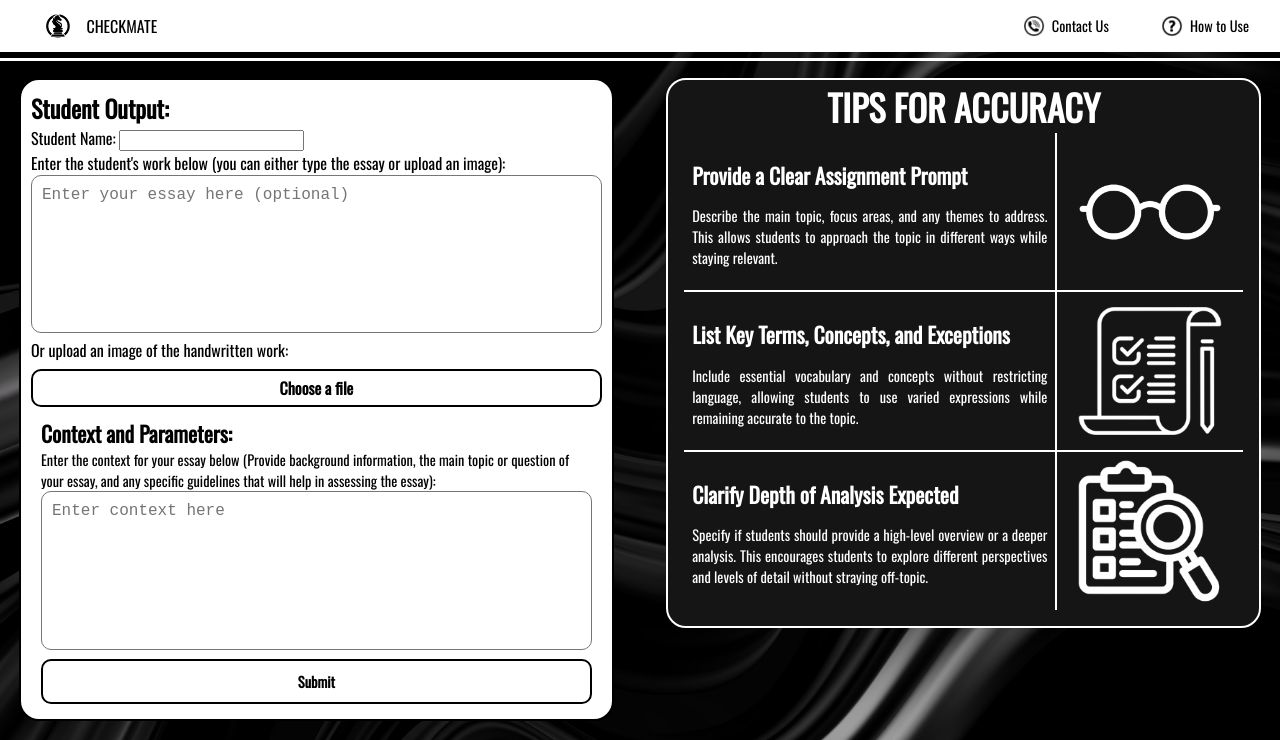
Repository: iiTzXyZ11/CheckMateAI
Page: http://localhost/scan
An editor plug-in stored every save of this project. The page is shown before and after a run of saves, followed by the edit.
The browser window is 1280 px wide. The pictures show the whole page.
The page is served by the project's application, run on Flask 3 (app.py).

Above is the page before, as saved 2025-01-30 22:56:32.

### templates/index.html
<!DOCTYPE html>
<html lang="en">
    <head>
        <meta charset="UTF-8" >
        <meta name="viewport" content="width=device-width, initial-scale=1.0">
        <title>CheckMate AI</title>
        <link rel="stylesheet" href="{{ url_for('static', filename='css/style.css') }}">
        <link rel="stylesheet" href="{{ url_for('static', filename='css/mobile_test_style.css') }}">
        <link rel="stylesheet" href="{{ url_for('static', filename='css/test_style.css') }}">
        <link rel="icon" type="image/x-icon" href="{{ url_for('static', filename='favicon.ico') }}">
        <link href='https://fonts.googleapis.com/css?family=Oswald' rel='stylesheet'>
        <link rel="apple-touch-icon" sizes="180x180" href="{{ url_for('static', filename='favicons/apple-touch-icon.png', _external=True) }}">
        <link rel="icon" type="image/png" sizes="32x32" href="{{ url_for('static', filename='favicons/favicon-32x32.png', _external=True) }}">
        <link rel="icon" type="image/png" sizes="16x16" href="{{ url_for('static', filename='favicons/favicon-16x16.png', _external=True) }}">
        <link rel="manifest" href="{{ url_for('static', filename='favicons/site.webmanifest', _external=True) }}">
    </head>
    <body>
        <header class="header">
            <div class="header-text">
                <img src="{{ url_for('static', filename='css/images/logo_black.jpg') }}" alt="CheckMate Logo">
                <p>CHECKMATE</p>
            </div>

            <div class="header-buttons">
                <a href="{{ url_for('contact') }}" class="header-link">
                    <img src="{{ url_for('static', filename='css/images/contact.png') }}" class="contact-icon" alt="Contact Icon">
                    Contact Us
                </a>
                <a href="https://www.youtube.com/watch?v=Ia6pL32Ip8I&ab_channel=CheckMateAI"
                target="_blank"
                rel="noopener noreferrer"
                class="header-link">
                    <img src="{{ url_for('static', filename='css/images/question_mark.png') }}" class="qm-icon" alt="Help Icon">
                    How to Use
                </a>
            </div>
        </header>
        <div class="top-bar"></div>

        <div class="content-wrapper">

            <div class="container">
                <div class="box">
                    <h2>Student Output:</h2>
                    <form action="{{ url_for('index') }}" method="POST" enctype="multipart/form-data">
                        <label for="student_name">Student Name:</label>
                        <input type="text" id="student_name" name="student_name" required>

                        <p>Enter the student's work below (you can either type the essay or upload an image):</p>
                        <textarea name="essay" placeholder="Enter your essay here (optional)"></textarea>
                        <p>Or upload an image of the handwritten work:</p>
                        <label class="custom-file-upload">
                            Choose a file
                            <input type="file" name="image" accept="image/*" style="display: none;" onchange="updateFileName()" />
                        </label>
                        <div id="file-name" style="margin-top: 10px; color: black;"></div> <!-- Display the file name here -->

                        <div class="box1">
                            <h2 style="color: black">Context and Parameters:</h2>
                            <p>Enter the context for your essay below (Provide background information, the main topic or question of your essay, and any specific guidelines that will help in assessing the essay):</p>
                            <textarea name="context" placeholder="Enter context here" required>{{ context }}</textarea>
                            <button type="submit">Submit</button>
                        </div>
                    </form>
                </div>
            </div>

            <div class="tips-wrapper">
                <div class="tips-container">
                    <h1>TIPS FOR ACCURACY</h1>
                        <div class="tips-grid">
                            <div class="tip1">
                                <h2>Provide a Clear Assignment Prompt</h2>
                                <p>Describe the main topic, focus areas, and any themes to address. This allows students to approach the topic in different ways while staying relevant.</p>
                            </div>

                            <div class="tip2">
                                <img class="glasses" src="static/css/images/tips/Glasses.png" alt="Glasses Icon" loading="lazy">
                            </div>

                            <div class="tip3">
                                <h2>List Key Terms, Concepts, and Exceptions</h2>
                                <p>Include essential vocabulary and concepts without restricting language, allowing students to use varied expressions while remaining accurate to the topic.</p>
                            </div>

                            <div class="tip4">
                                <img class="list" src="static/css/images/tips/List.png" alt="List Icon" loading="lazy">
                            </div>

                            <div class="tip5">
                                <h2>Clarify Depth of Analysis Expected</h2>
                                <p>Specify if students should provide a high-level overview or a deeper analysis. This encourages students to explore different perspectives and levels of detail without straying off-topic.</p>
                            </div>

                            <div class="tip6">
                                <img class="board" src="static/css/images/tips/Board.png" alt="Board Image" loading="lazy">
                            </div>
                        </div>
                    </div>
                </div>
            </div>
        </div>

        <script>
            // Function to display the file name
            function updateFileName() {
                const fileInput = document.querySelector('input[type="file"]');
                const fileNameDisplay = document.getElementById('file-name');
                if (fileInput.files.length > 0) {
                    fileNameDisplay.textContent = "Selected file: " + fileInput.files[0].name;
                }
            }
        </script>
    </body>
</html>

### static/css/style.css
@import url('https://fonts.googleapis.com/css?family=Oswald');

@font-face {
  font-family: 'Agrandir Wide';
  src: url('..fonts/Agrandir-WideBlackItalic.woff2') format('woff2'),
      url('../fonts/Agrandir-WideBlackItalic.woff') format('woff');
  font-weight: 900;
  font-style: italic;
  font-display: swap;
}

@font-face {
  font-family: 'Agrandir';
  src: url('../fonts/Agrandir-Regular.woff') format('woff'),
      url('../fonts/Agrandir-Regular.woff2') format('woff2');
  font-weight: normal;
  font-style: normal;
  font-display: swap;
}

body {
  gap: 0rem;
  grid-template-rows: repeat(auto-fill, minmax(100px, 1fr));
  margin: 0;
  font-family: 'Oswald';
  background-image: url('background.jpg');
  background-size: cover;

  overflow-x: hidden;
}

.top-bar{
  position: absolute;
  background-color: white;
  top:clamp(4.1rem, 25vw, 4.7rem);
  height: 0.5vh;
  width: 100%;
  margin:0;
}

.header {
  display: grid;
  grid-template-columns: 1fr 1fr;
  align-items: center; /* Allow items to align themselves */
  background-color: white;
  z-index: 1000;
  padding: 8px;
  height:fit-content;
}

.header-text {
  display: flex; /* Make it a flex container */
  align-items: center; /* Center content vertically */
  background: transparent;
  font-size: clamp(0.4rem,3vh,1rem);
}

.header-text p {
  margin: 0
}

.header-text img {
  display: block; /* Ensures the image respects width settings */
  width: clamp(1.5rem,3vh, 2rem); /* Optional: Prevents the image from exceeding a specific size */
  height: auto; /* Maintains the aspect ratio */
  margin-left: 3vw; /* Space from the left */
  margin-right: 1rem; /* Space between image and text */
  margin-top: 0rem;
  margin-bottom: 0rem;
}
.header-buttons {
  background: transparent;
  gap: 3vw;
  display: flex; /* Flex container for its own children */
  align-items: center; /* Center its own children vertically */
  font-size: clamp(0.4rem,3vh,0.9rem);
  margin-left: auto;
  margin-right: 1rem;

}

.header-buttons a {
  transition: border-color 0.3s;
  font-family: 'Oswald';
  color: black;
  text-decoration: none; /* Remove underline from links */
  padding: 0.8vh 1.5vh; /* Add padding */
  border: 2px solid transparent; /* Optional border for button */
  display: flex; /* Align icon and text */
  align-items: center; /* Center vertically */
  padding: 5px;
}

.header-buttons a:hover {
  border-color: black; /* Hover background */
}

.main{
  margin-top: 0.5rem;
  display: grid;
  grid-template-rows: 2fr 1fr;
  width: 100%;
  height: 100vh;
  color:#ffffff;
  align-items: center;
}

.top {
  margin:0;
  display: grid;
  grid-template-rows: 0.3fr 0.3fr;
  padding: 0vh 2vw;
  background: transparent;
}

.head img {
  display:flex;
  width:clamp(10rem, 40vw, 50rem); /* Set desired width */
  height: auto; /* Maintain aspect ratio */
  margin: 0 auto; /* Center horizontally within its parent */
  background-color: transparent;
}

.head {
  display: flex;
  flex-direction: column;
  width: 100%;
  background: transparent;
}

.title {
  display: flex; /* Use flexbox for alignment */
  justify-content: center; /* Center horizontally */
  align-items: center; /* Center vertically */
  text-align: center; /* Ensure the text itself is aligned */
  background: transparent;
  background-image: url('images/ribbon.png');
  background-position: center;
  background-repeat: no-repeat;
  background-size: clamp(9rem, 28vw, 24rem);
  height: clamp(7.5vh, 13vw, 100vh); /* Ensure sufficient height */
}

.head h2{
  margin:0;
  background: transparent;
  text-align: center;
}

.title h1 {
  margin-bottom: clamp(1rem,4vw, 100rem); /* Remove default margins */
  color: black;
  transform: rotate(355deg); /* Keep the rotation */
  font-size: clamp(1rem, 5vw, 25px); /* Ensure font scales appropriately */
}

.head h2{
  font-size: large;
  margin-bottom: 0.5rem;
}

.top a{
  margin-top: 1rem;
  display: block;
  align-self: center;
  justify-self: center;
  border: 4px solid white;
  background-color: transparent;
  color: white;
  text-decoration: none;
  font-size: 1rem;
  padding: .3vw 1vw;
  transition: color 0.3s, text-decoration 0.3s, border-color 0.3s;
  width: fit-content;
}

.top a:hover {
  font-weight: bold;
  color: black;
  text-decoration: underline 1px black;
  text-underline-offset: 6px;
  background-color: white;
  border-color: white;
  text-decoration-thickness: 2px;
  transition: color 0.3s, text-decoration 0.3s, background-color 0.3s, border-color 0.3s;
}

.top .desc {
  margin:0;
  background: transparent;
  display: block;
  width: 100%;
  text-align: center;
  font-size: clamp(10px, 3vw, 20px);
}

.bottom {
  display: flex; /* Enable flexbox on the parent container */
  flex-direction: column; /* Ensure the flex direction is vertical */
  justify-content: flex-end; /* Align items at the bottom */
  background: transparent;
  width: 100%;
  height: 100%;
}

.chessboard {
  width: 100%; /* Full viewport width */
  height: 100%; /* Scale proportionally */
}

.disclaimer {
  position: absolute; /* Allows the disclaimer to be positioned over the chessboard */
  bottom: 0; /* Aligns the disclaimer at the bottom of the parent container */
  color: white;
  background: black;
  border: 4px solid white;
  border-radius: 1rem;
  font-family: 'Oswald';
  font-size: clamp(0.5rem,2vw,0.8rem);
  align-self: center;
  text-align: center;
  padding: 5px;
  width: auto;
}

.header-bar {
  background-color: transparent;
  color: #fff;
  padding: 10px;
  text-align: center;
}


.button-container {
  text-align: center;
  margin-top: 30px;
}

.form-container,
.criteria-container {
  flex: 1;
  display: flex;
  flex-direction: column;
}

.criteria-container {
  margin-right: 20px;
}

.criteria-container table {
  width: 100%;
  border-collapse: collapse;
}

.criteria-container th,
.criteria-container td {
  border: 2px solid black;
  padding: 12px;
  text-align: center;
  font-size: 30px;
}

.criteria-container th {
  font-size: 25px;
}

.criteria {
  font-size: 36px;
  color: #333;
  padding: 40px;
  margin: 0 auto;
  background-color: #d9d9dd;
  border: 2px solid #3b1a08;
  border-radius: 10px;
  text-align: center;
  display: inline-block;
}

/* Button Styles */
.button,
.link-button,
.container button[type="submit"],
.small-button {
  background-color: #ffffff;
  border: 2px solid black;
  border-radius: 10px;
  color: black;
  padding: 10px 20px;
  text-decoration: none;
  cursor: pointer;
  font-family: 'Oswald';
  margin: 5px 0;
  display: inline-block;
  transition: background-color 0.3s, color 0.3s, border-color 0.3s; /* Add transition */
  font-weight: bold;
}

.button:hover,
.link-button:hover,
.container button[type="submit"]:hover,
.small-button:hover {
  background-color: black;
  color: #fff;
  border-color: black;
  font-weight: bold;
}

/* FRONT_PAGE.HTML */
/* Shared styles */

.desc{
  width: 28vw;
  font-size: 1.2em;
}

.contact-icon,
.qm-icon {
  width: 3vh; /* Consistent size */
  height: auto; /* Maintain aspect ratio */
  margin-right: 1vh; /* Space between icon and text */
}

.contact-icon {
  color: black;
}

.qm-icon {
  color: black;
}

.results-container {
  display: flex;
  flex-direction: column; /* Stacks items vertically */
  width: 80%;
  justify-self: center; /* Centers items horizontally */
  background: white;
  border: 2px solid black;
  border-radius: 20px;
  padding: 15px;
  margin-top: 10vh;
  font-size: clamp(10px, 3vw, 20px);
}

.results-container h2{
  font-size: clamp(1rem, 5vw, 45px);
}

.desktop{
  display:none;
}

.stuff{
  display: flex;
  flex-direction: column;
}

@media only screen and (min-width: 720px){
  #mobile{
    display:none;
  }

  .desktop{
    display:contents;
  }

  .top-bar{
    top:clamp(3.6rem, 8vh, 5.3rem);
  }

  .bottom .chessboard{
    display: none;
  }

  .disclaimer{
    border:  solid white;
    font-size: clamp(0.4rem,0.7vw,0.8rem);
  }

  .head{
    display:grid;
    grid-template-columns: 1fr 1fr;
  }

  .desktop .head img{
    align-self: left;
    margin: 0 auto;
    margin-top: 9%;
    width:clamp(5rem, 25vw, 50rem); /* Set desired width */
  }

  .title{
    display:flex;
    flex-direction: column;
    margin-top: clamp(1rem, 8vh, 9rem);
  }

  .title h1{
    margin-top: clamp(13rem, 15vw, 23rem);
    font-size: clamp(1rem, 2.5vw, 3rem);
  }

  .title h2{
    margin:0;
    font-size: clamp(9px, 2vw, 100px);
  }

  .title .desc{
    font-size: clamp(9px, 1vw, 100px);
  }

  .stuff a{
    margin-top: 3rem;
    font-size: clamp(0.5rem, 1vh, 1rem);
  }

}

### static/css/mobile_test_style.css
@media (min-width:300px) {

    .content-wrapper {
        margin-top:1vh;
        display: grid;
        gap: 2vh;
        grid-template-columns: repeat(1, minmax(100px, 1fr));
        grid-auto-rows: 1fr;
        background: transparent;
        width: 100%;
        height: fit-content;

    }

    .container{
        background-color: white;
        display: grid;
        grid-template-columns: repeat(1, minmax(auto-fit, 1fr));
        grid-auto-rows: 1fr;
        width: auto-fill;
        height: auto-fill;
        margin: 3%;
        border-radius: 20px;
        border: 2px solid black;
    }


    .box{
        background: transparent;
        margin: 10px 10px 0px 10px;
        font-size: clamp(0.5rem,2vh,2rem);
    }

    .box h2{
        margin: 0;
    }

    .box  textarea, .box1 textarea{
        width: 100%;
        min-height: 22vh; /* might need media queries*/
        height: 100%;
        box-sizing: border-box;
        padding: 10px;
        border-radius: 10px;
        resize: none;
    }

    .box .custom-file-upload {
        padding: 5px 9px;
        border: 2px solid #000;
        border-radius: 10px;
        color: black;
        background-color: #fff;
        text-decoration: none;
        cursor: pointer;
        font-weight: bold;
        margin: 1vh 0;
        display: flex;
        justify-content: center;
        align-items: center;
        transition: background-color 0.3s, border-color 0.3s;
    }

    .box .custom-file-upload:hover {
        background-color: black; /* Hover background color */
        color: white; /* Hover text color */
        border-color: transparent; /* Hover border color */
    }

    .box1{
        background: transparent;
        margin: 0px 10px 10px 10px;
        font-size: clamp(0.5rem,2vh,2rem);
    }

    .box1 h2{
        margin: 0;
    }

    .box1 button {
        width: 100%;
        padding:0;
        border-radius: 10px;
        font-size: clamp(0.4rem,1vh,1.032rem)
    }

    form p{
        margin: 0;
    }


    .tips-wrapper{
        top: 5%;
        display: grid;
        gap: 20px;
        grid-template-columns: repeat(1, minmax(100px, 1fr));
        grid-auto-rows: 1fr;
        background: transparent;
    }

    .tips-container{
        background: #151515;
        display: grid;
        grid-template-columns: repeat(1, minmax(auto-fit, 1fr));
        grid-auto-rows: 1fr 10fr;
        width: auto-fill;
        height: auto-fill;
        margin: 3%;
        border-radius: 20px;
        border: 2px solid white;
        color:white;
    }

    .tips-container h1{
        width: 100%;
        height:80%;
        align-self:center;
        margin: 0;
        text-align: center;
    }


    .tips-grid {
        color: white;
        display: grid;
        gap: 2px;
        grid-template-columns: 2fr 1fr; /* First column is twice as wide as the second */
        background: white;
        margin: 0 0.5rem 0.5rem 0.5rem;
    }

    .tip1, .tip3, .tip5 {
        display: block;
        align-content: center;
        text-align: justify; /* Center text horizontally */
        background: #151515;
        font-size: clamp(0.5rem,1.5vh,10rem);
        padding: 10px;
    }

    .tip1 h2 , .tip3 h2, .tip5 h2 {
        margin-bottom: 0.3vh;
    }

    .tip2, .tip4, .tip6 {
        background: #151515;
    }

    .tip2, .tip4, .tip6 {
        display: flex;
        justify-content: center;
        align-items: center;
    }

    .tip2 img, .tip4 img, .tip6 img{
        width: 80%;
    }
}

### static/css/test_style.css
@media only screen and (min-width: 720px) {
    .content-wrapper{
        background: transparent;
        grid-template-columns: repeat(1,1fr 1fr);
        grid-auto-columns: 1fr;
    }

    .container{
        background-color: white;
        margin: 3%;
    }

    .box  textarea, .box1 textarea{
        font-size: clamp(0.5rem,5vh,1rem);
    }

    .box{
        font-size: clamp(1rem,2vh,2rem);
    }

    .tips-container h1{
        font-size: clamp(0.8rem, 5vh, 4rem);
    }

    .tips-container img{
        width: clamp(3rem, 20vh, 10rem);
    }

    .tips-grid{
        margin: 0rem 1rem 1rem 1rem;
        grid-template-columns: 2fr 1fr; /* First column is twice as wide as the second */
    }

    .tip1, .tip3, .tip5 {
        font-size: clamp(0.1rem,2vh,1.032rem);
        padding: 0.5rem;
    }


    .tips-container {
        display:flex;
        flex-direction: column;
        color: white;
        top: 100vh;
        height:fit-content
    }

    .box1 button{
        font-size: clamp(0.9rem,1vh,1rem);
    }
}

Loaded but not shown: app.py (286 lines, source omitted)

After the next 2 saves:
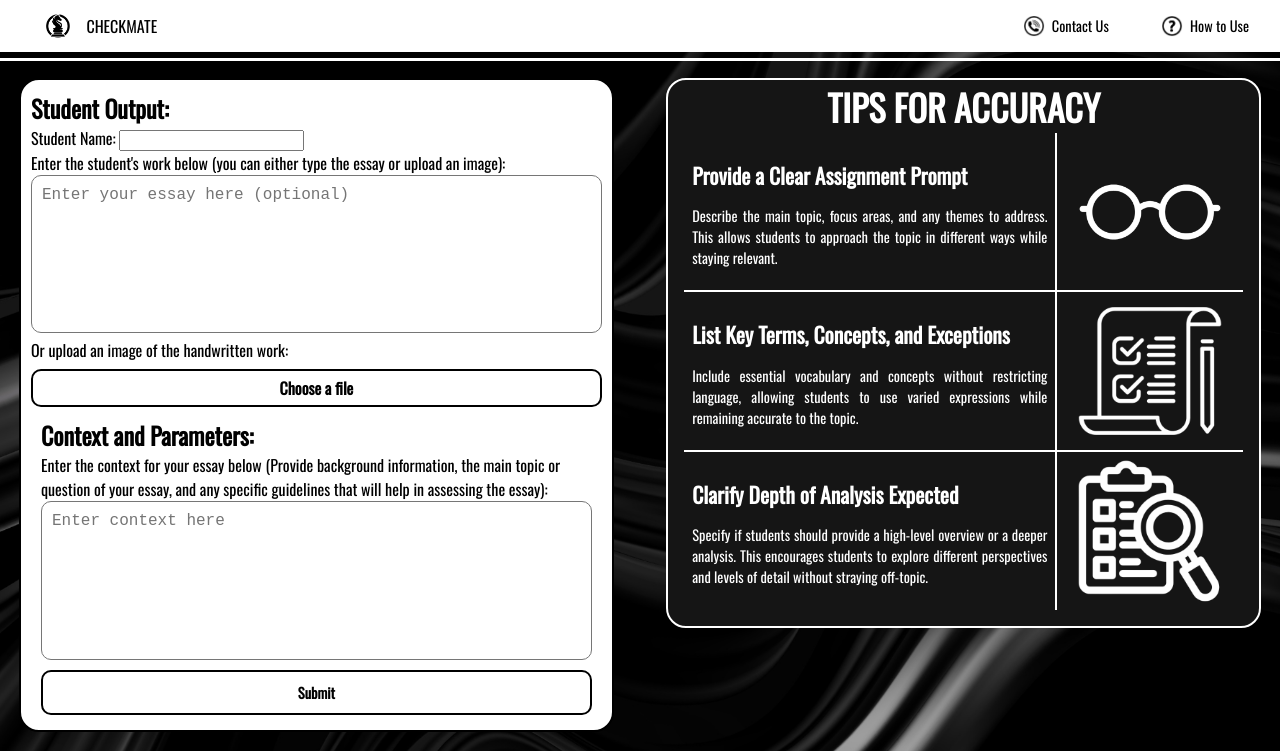
The 2 saves are shown as one change because they came seconds apart.
The last was saved 48 s later.
--- a/static/css/test_style.css
+++ b/static/css/test_style.css
@@ -14,7 +14,7 @@
         font-size: clamp(0.5rem,5vh,1rem);
     }
 
-    .box{
+    .box, .box1{
         font-size: clamp(1rem,2vh,2rem);
     }
 
